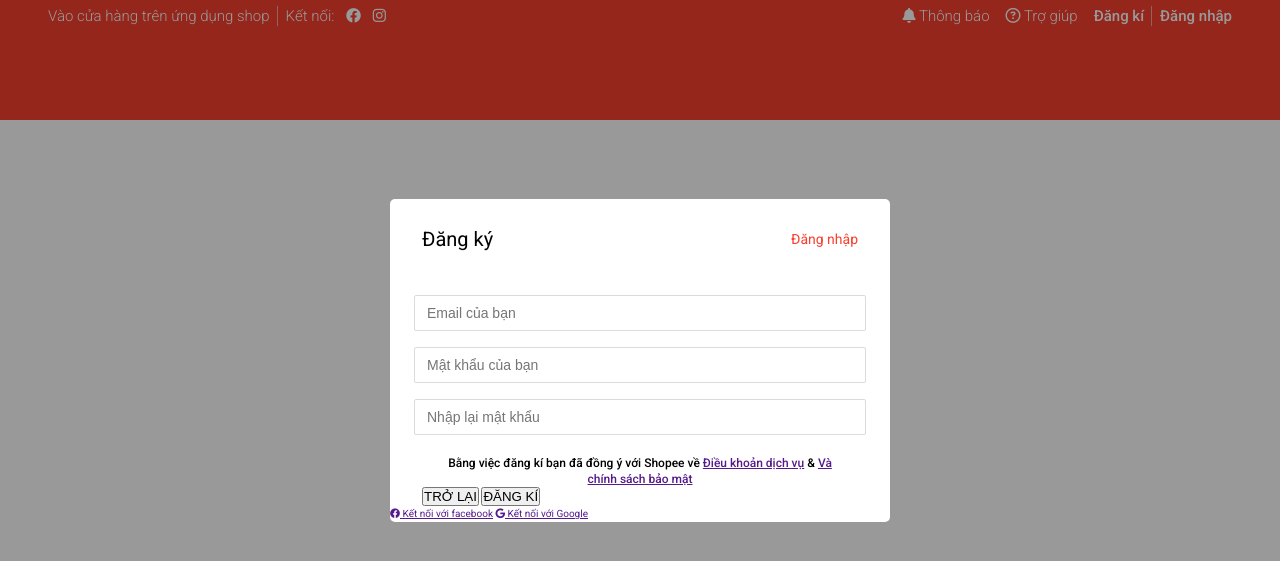
Repository: nguyenhoang2002062929/shoppee
Page: index.html
An editor plug-in stored every save of this project. The page is shown before and after the next save, followed by the edit.
The browser window is 1280 px wide. The pictures show the whole page.

Above is the page before, as saved 2023-06-20 10:38:57.

After the next save:
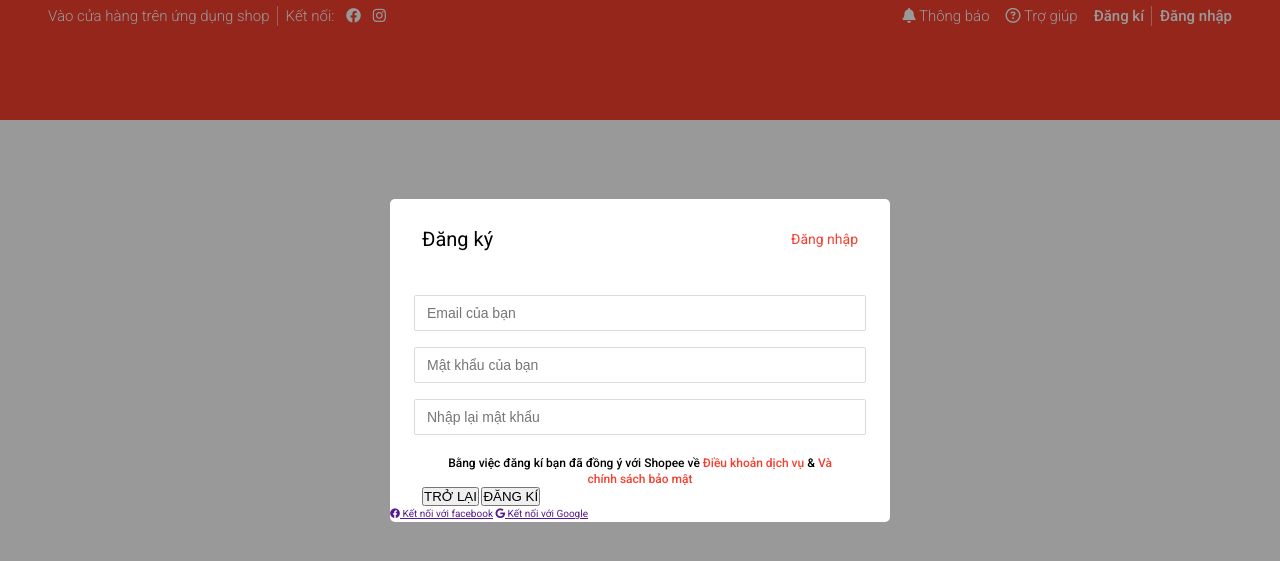
Saved 35 s later.
--- a/assets/css/main.css
+++ b/assets/css/main.css
@@ -247,3 +247,7 @@
     text-align: center;
     font-weight: 500;
 }
+.auth-form__text-link{
+    text-decoration: none;
+    color: var(--color-main);
+}
